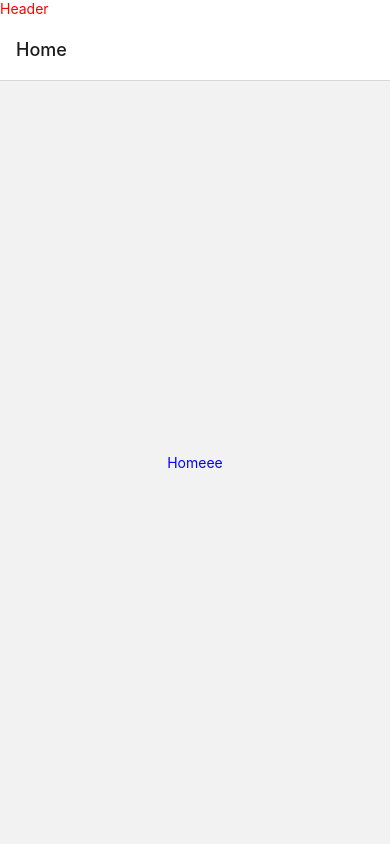
Repository: andre06x/cart_redux-ReactNative
Screen: /
The author's editor kept a copy of each file at every save. The screen is drawn from the files as they stood at one save, then again after the next save.
The app was drawn by React Native's web renderer in a window 390 px wide. The project was rebuilt for these pictures with package versions that can differ from the ones it lists, and the page was loaded fresh each time. Also part of the build but not shown: src/pages/Cart/index.js.

Above is the screen before, as saved 2022-06-03 14:00:58.

After the next save:
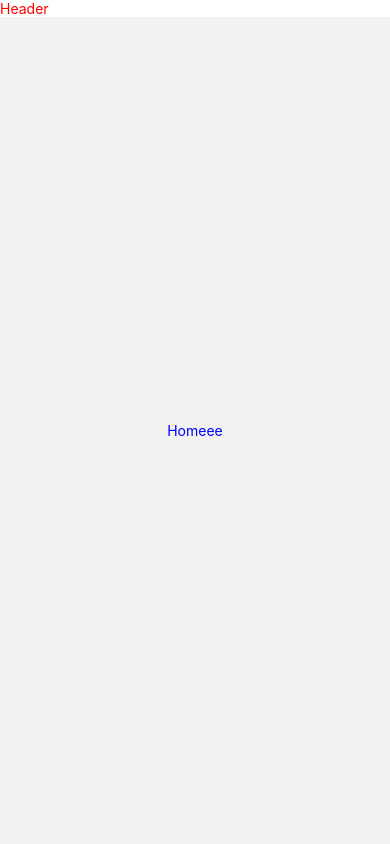
Saved 36 s later.
--- a/src/routes.js
+++ b/src/routes.js
@@ -10,7 +10,7 @@ const Stack = createNativeStackNavigator();
 const Routes = () => {
   return (
     <NavigationContainer>
-      <Stack.Navigator initialRouteName="Home">
+      <Stack.Navigator initialRouteName="Home" screenOptions={{headerShown: false}}>
         <Stack.Screen name="Home" component={Home} />
         <Stack.Screen name="Cart" component={Cart} />
       </Stack.Navigator>
